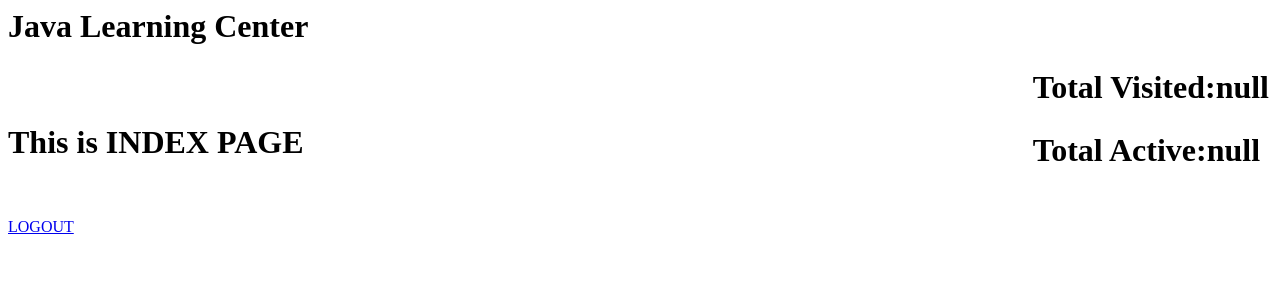
Repository: kuldeepyadav908/Java_Servlet
Page: http://localhost/Lab23/logout.jsp
The author's editor kept a copy of each file at every save. The page is drawn from the files as they stood at one save, then again after the next save.
The browser window is 1280 px wide. The pictures show the whole page.
The page is served by Tomcat 9.

Above is the page before, as saved 2016-11-24 16:33:57.

After the next save:
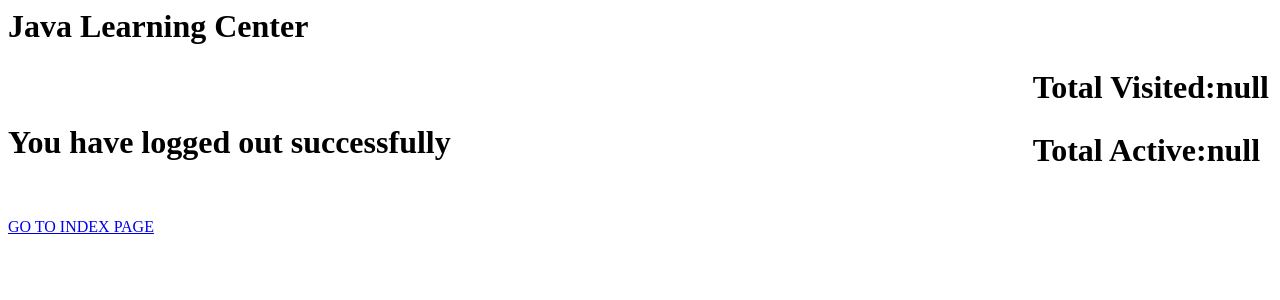
Saved 2 min 18 s later.
--- a/Lab23/WebContent/logout.jsp
+++ b/Lab23/WebContent/logout.jsp
@@ -16,9 +16,9 @@
 		</table>
 			<br/>
 				<br/>
-					<h1>This is INDEX PAGE</h1>
+					<h1>You have logged out successfully</h1>
 				<br/>
 			<br/>
-		<a href="logout.jlc">LOGOUT</a>
+		<a href="index.jsp">GO TO INDEX PAGE</a>
 	</body>
 </html>
